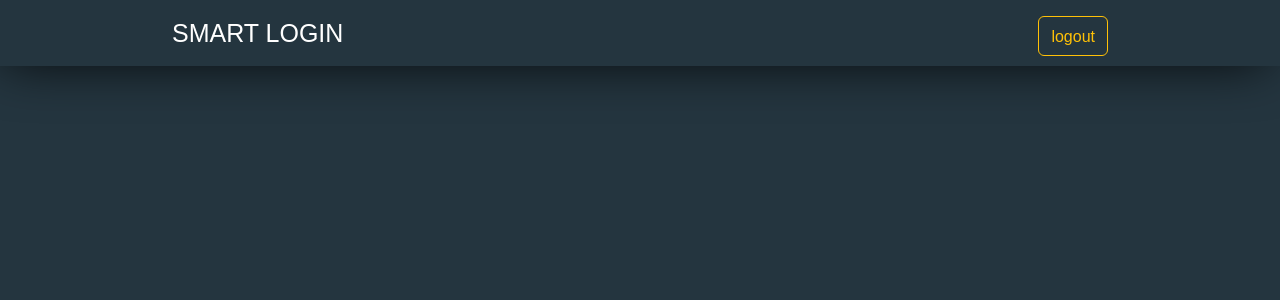
Repository: bodajava/TASK-4
Page: theerdIndex.html
These files come from the project's save history. The page is drawn as it stood at one moment and after the next save; the edit follows.
The browser window is 1280 px wide. The pictures show the whole page.

Above is the page before, as saved 2025-06-18 19:10:06.

### theerdIndex.html
<!DOCTYPE html>
<html lang="en">
  <head>
    <link rel="stylesheet" href="CSS/all.min.css" />
    <link rel="stylesheet" href="CSS/bootstrap.css" />
    <link rel="stylesheet" href="CSS/style.css" />
    <meta charset="UTF-8" />
    <meta name="viewport" content="width=device-width, initial-scale=1.0" />
    <title>Document</title>
  </head>
  <body>
    <div id="container" class="container-fluid">
      <nav
        id="nav"
        class="container navbar navbar-expand-lg bg-body-tertiary pt-0 pb-0"
      >
        <div class="container-fluid">
          <a id="margen" class="navbar-brand" href="#">SMART LOGIN</a>

          <button
            class="navbar-toggler"
            type="button"
            data-bs-toggle="collapse"
            data-bs-target="#navbarSupportedContent"
            aria-controls="navbarSupportedContent"
            aria-expanded="false"
            aria-label="Toggle navigation"
          >
            <span class="navbar-toggler-icon"></span>
          </button>

          <div class="collapse navbar-collapse" id="navbarSupportedContent">
            <ul class="navbar-nav ms-auto mb-2 mb-lg-0">
              <li>
                <a
                  class="pt-2 mt-3 btn btn-outline-warning w-100 d-flex align-items-center"
                  href=""
                  >logout</a
                >
              </li>
            </ul>
          </div>
        </div>
      </nav>
    </div>

    <script src="js/bootstrap.bundle.min.js"></script>
    <script src="js/index.js"></script>
  </body>
</html>

### CSS/style.css
* {
  padding: 0;
  margin: 0;
  box-sizing: border-box;
}

body {
  background-color: #24353f;
  display: flex;
  justify-content: center;
  align-items: center;
  font-family: Arial, sans-serif;
}

#item {
  margin-top: 60px;
  margin-left: 390px;
  margin-right: 390px;
  padding-left: 15px;
  padding-right: 15px;
}

#item2 {
  box-shadow: -5px 2px 54px -9px rgba(0, 0, 0, 1);
  margin-left: 138.75px;
  margin-right: 138.75px;
  padding-left: 60px;
  padding-right: 60px;
  padding-top: 60px;
  padding-bottom: 60px;
}

h1 {
  color: #189bb1;
}

.anchor {
  text-decoration: none;
}

.anchor:hover {
  text-decoration: underline;
}

.paragraph {
  font-size: 20px;
  line-height: 30px;
  font-weight: 400;
  color: white;
}

.paragraph a {
  font-size: 20px;
  line-height: 30px;
  font-weight: 400;
  color: white;
}

.form-control {
  background-color: #24353f;
  border: 1px solid white;
  color: #fff;
  border-radius: 5px;
}

.form-control::placeholder {
  color: #a0a0a0;
}

.form-control:focus {
  background-color: #24353f;
  color: #fff;
  border-color: #189bb1;
  outline: none;
  box-shadow: none;
}

.btnn {
  text-decoration: none;
  color: #189bb1;
}

.btnn:hover {
  color: white;
}

#box {
  box-shadow: -5px 2px 54px -9px rgba(0, 0, 0, 1);
}

#nav {
  background-color: #24353f !important;
}

#container {
  box-shadow: -5px 2px 54px -9px rgba(0, 0, 0, 1);
}

#margen {
  margin-left: 90px;
  font-size: 25px;
  line-height: 38px;
  font-weight: 400;
  color: white;
}

ul li {
  margin-right: 90px;
  padding-bottom: 10px;
}

Loaded but not shown: CSS/all.min.css (library); CSS/bootstrap.css (library); js/bootstrap.bundle.min.js (library); js/index.js (no copy from this time; the picture is the same without it)

After the next save:
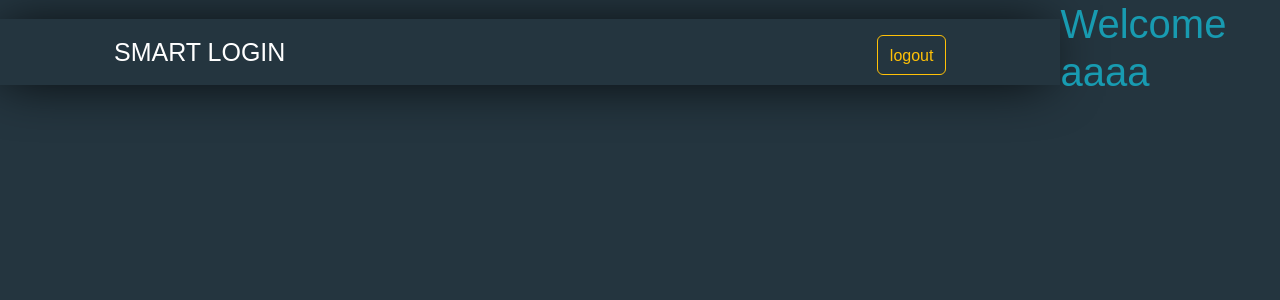
Saved 6 min 13 s later.
--- a/theerdIndex.html
+++ b/theerdIndex.html
@@ -43,7 +43,9 @@
         </div>
       </nav>
     </div>
-
+    <div class="welcome-box">
+      <h1 class="glow">Welcome aaaa</h1>
+    </div>
     <script src="js/bootstrap.bundle.min.js"></script>
     <script src="js/index.js"></script>
   </body>
